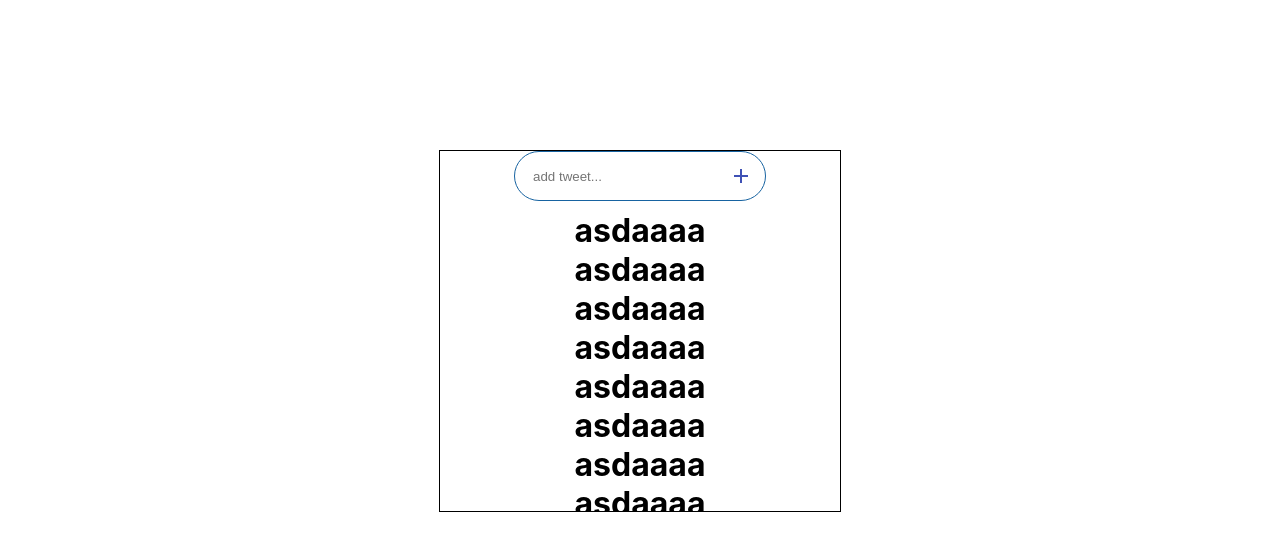
Repository: ehabmelhem/FullStack_Tweetapp
Page: /tweet (app in tweet-app-demo/)
The author's editor kept a copy of each file at every save. The page is drawn from the files as they stood at one save, then again after the next save.
The browser window is 1280 px wide. The pictures show the whole page.
The project was rebuilt for these pictures with package versions that can differ from the ones it lists, and the page was loaded fresh each time. A package was used in the major version that the imports need, not the one package.json lists. Also part of the build but not shown: tweet-app-demo/src/Componets/Gotweet.js, tweet-app-demo/src/Componets/Login.css, tweet-app-demo/src/Componets/Login.js, tweet-app-demo/src/Componets/SignUp.css, tweet-app-demo/src/Componets/SignUp.js.

Above is the page before, as saved 2021-01-28 20:02:07.

After the next save:
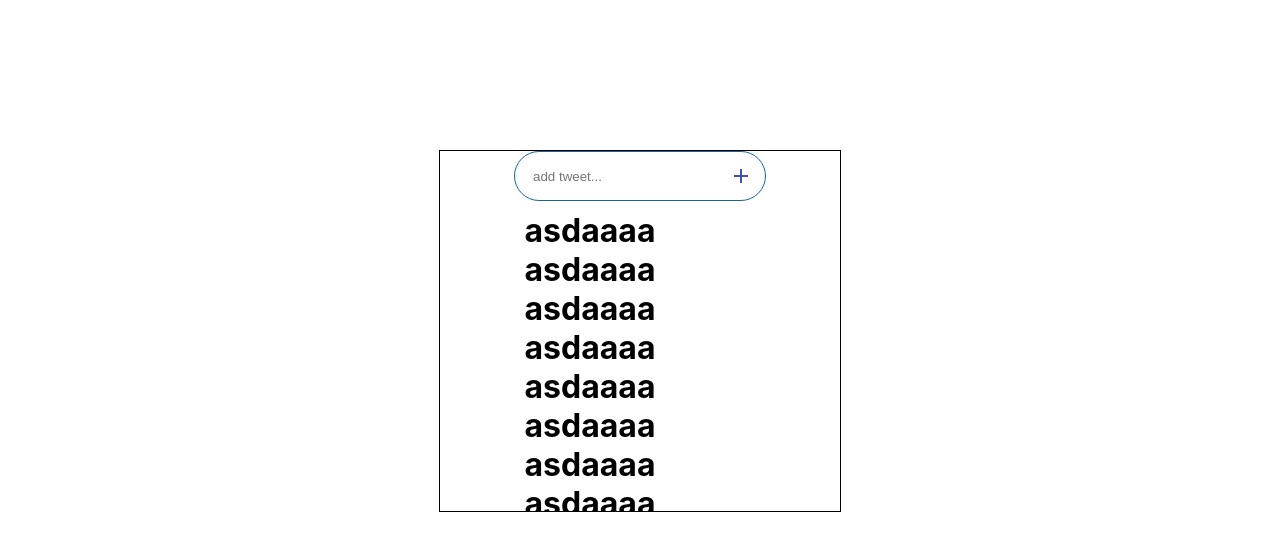
Saved 4 s later.
--- a/tweet-app-demo/src/Componets/Tweet.css
+++ b/tweet-app-demo/src/Componets/Tweet.css
@@ -40,5 +40,5 @@
   overflow-x: hidden; /* Hide horizontal scrollbar */
   height: 300px;
   width: fit-content;
-padding
+  padding-right: 100px;
 }
